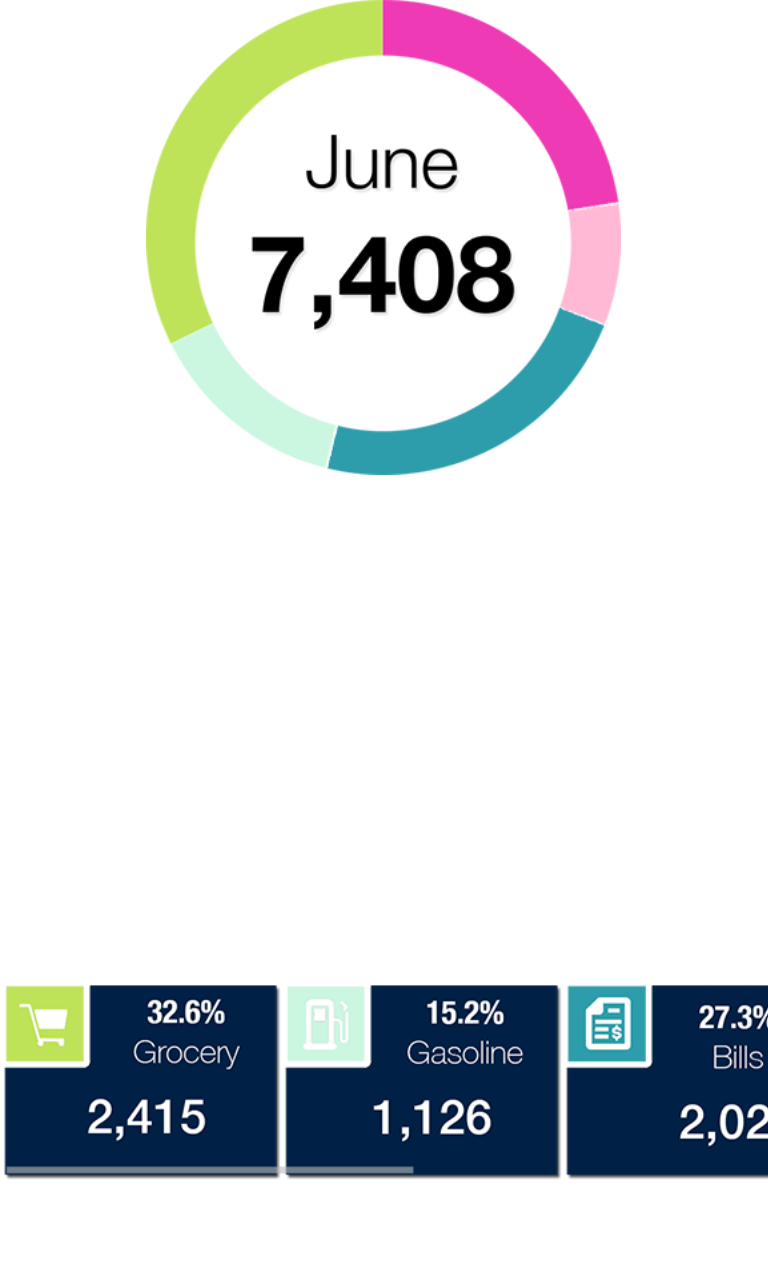
Repository: derek-zhan/RBCPrototypeChallenge
Layout: RBCPrototype/res/layout/fragment_analyze.xml
The author's editor kept a copy of each file at every save. The layout is drawn from the files as they stood at one save, then again after the next save.
It is drawn on a 768 x 1280 px phone screen (xhdpi) without system bars, with theme AppTheme; the app's code is not run.

Above is the layout before, as saved 2014-06-06 11:48:08.

After the next save:
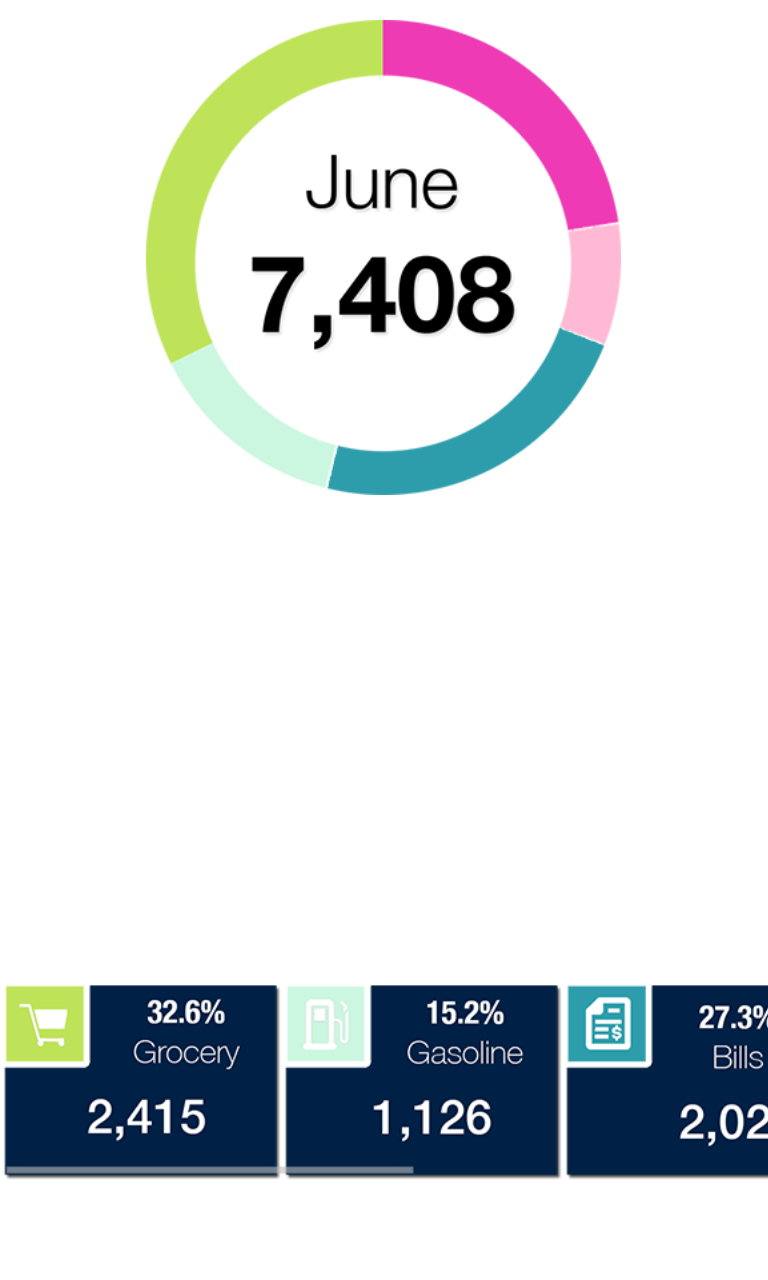
Saved 12 s later.
--- a/RBCPrototype/res/layout/fragment_analyze.xml
+++ b/RBCPrototype/res/layout/fragment_analyze.xml
@@ -7,7 +7,7 @@
 
         android:layout_width="wrap_content"
         android:layout_height="wrap_content"
-        android:layout_marginBottom="10dp"
+        android:layout_margin="10dp"
         android:layout_centerHorizontal="true"
         android:src="@drawable/piechart_full"
         />
